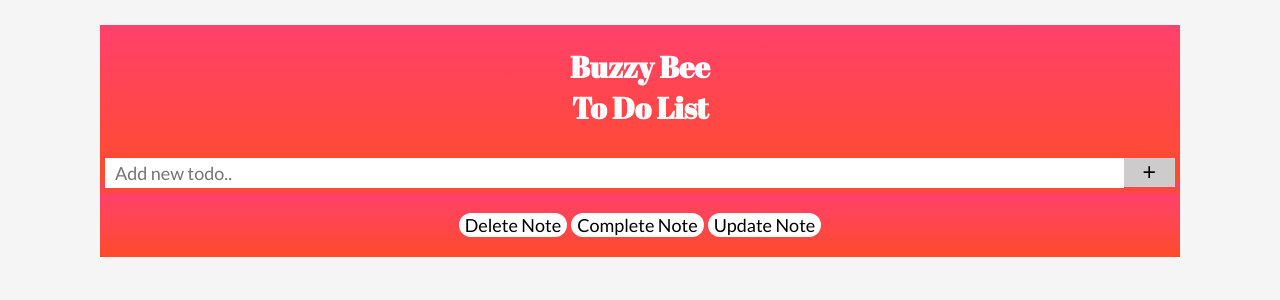
Repository: seleniadelgado/backend-spring2020-angie
Page: projects/todo/public_html/index.html
An editor plug-in stored every save of this project. The page is shown before and after the next save, followed by the edit.
The browser window is 1280 px wide. The pictures show the whole page.
The page's requests for data from a server got no answer.

Above is the page before, as saved 2020-05-18 21:51:24.

After the next save:
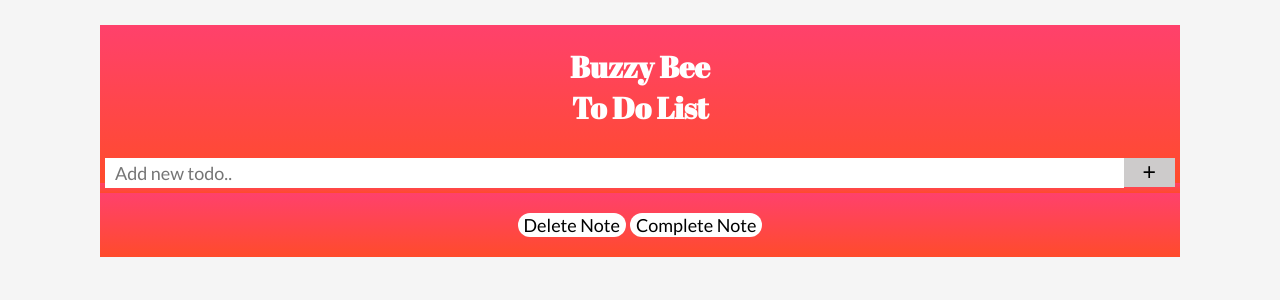
Saved 4 min 28 s later.
--- a/projects/todo/public_html/index.html
+++ b/projects/todo/public_html/index.html
@@ -31,7 +31,6 @@
     <div class="buttonsArea">
         <button id="delBtn" type="button">Delete Note</button>
         <button id="comBtn" type="button">Complete Note</button>
-        <button id="updBtn" type="button">Update Note</button>
     </div>
 
 </main>
